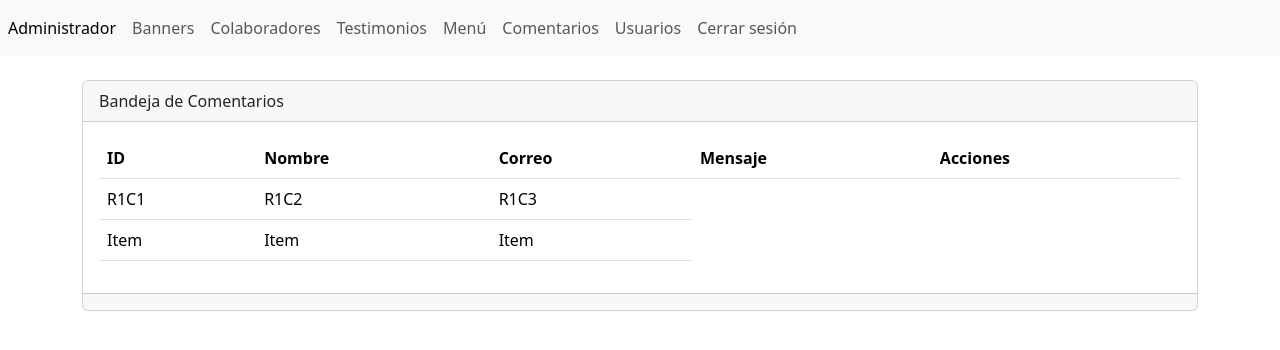
Repository: salextros/Restaurant-Project-PHP-MySQL
Page: http://localhost/TRABAJO_FINAL/restaurant/admin/seccion/comentarios/index.php
An editor plug-in stored every save of this project. The page is shown before and after the next save, followed by the edit.
The browser window is 1280 px wide. The pictures show the whole page.
The page is run by PHP 8.4 with error messages shown; the project is at /var/www/html/. Queries for data that is not in the repository find no rows.

Above is the page before, as saved 2026-02-03 11:51:33.

After the next save:
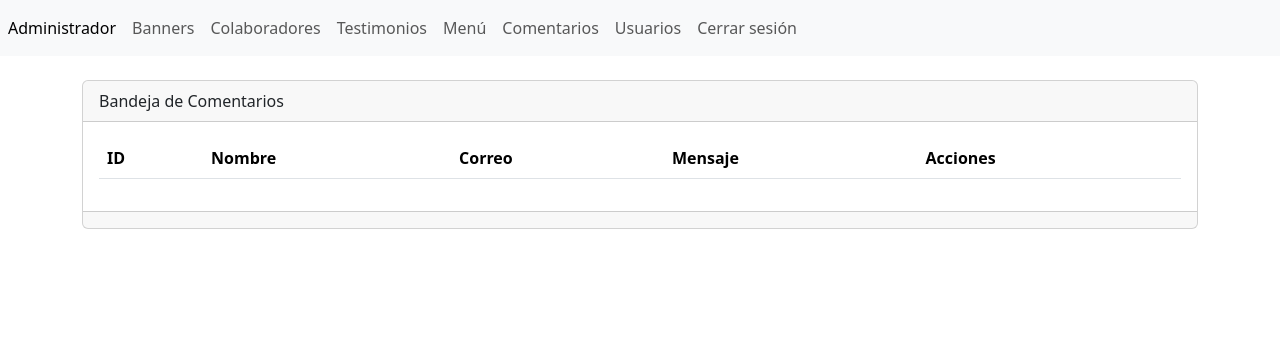
Saved 103 s later.
--- a/restaurant/admin/seccion/comentarios/index.php
+++ b/restaurant/admin/seccion/comentarios/index.php
@@ -16,11 +16,8 @@ include ("../../templates/header.php"); ?>
     <div class="card-body">
 
     <div
-        class="table-responsive-sm"
-    >
-        <table
-            class="table"
-        >
+        class="table-responsive-sm">
+        <table class="table">
             <thead>
                 <tr>
                     <th scope="col">ID</th>
@@ -31,6 +28,8 @@ include ("../../templates/header.php"); ?>
                 </tr>
             </thead>
             <tbody>
+
+            <?php foreach($lista_comentarios as $comentario) { ?>
                 <tr class="">
                     <td scope="row">R1C1</td>
                     <td>R1C2</td>
@@ -41,6 +40,7 @@ include ("../../templates/header.php"); ?>
                     <td>Item</td>
                     <td>Item</td>
                 </tr>
+                <?php } ?>
             </tbody>
         </table>
     </div>
